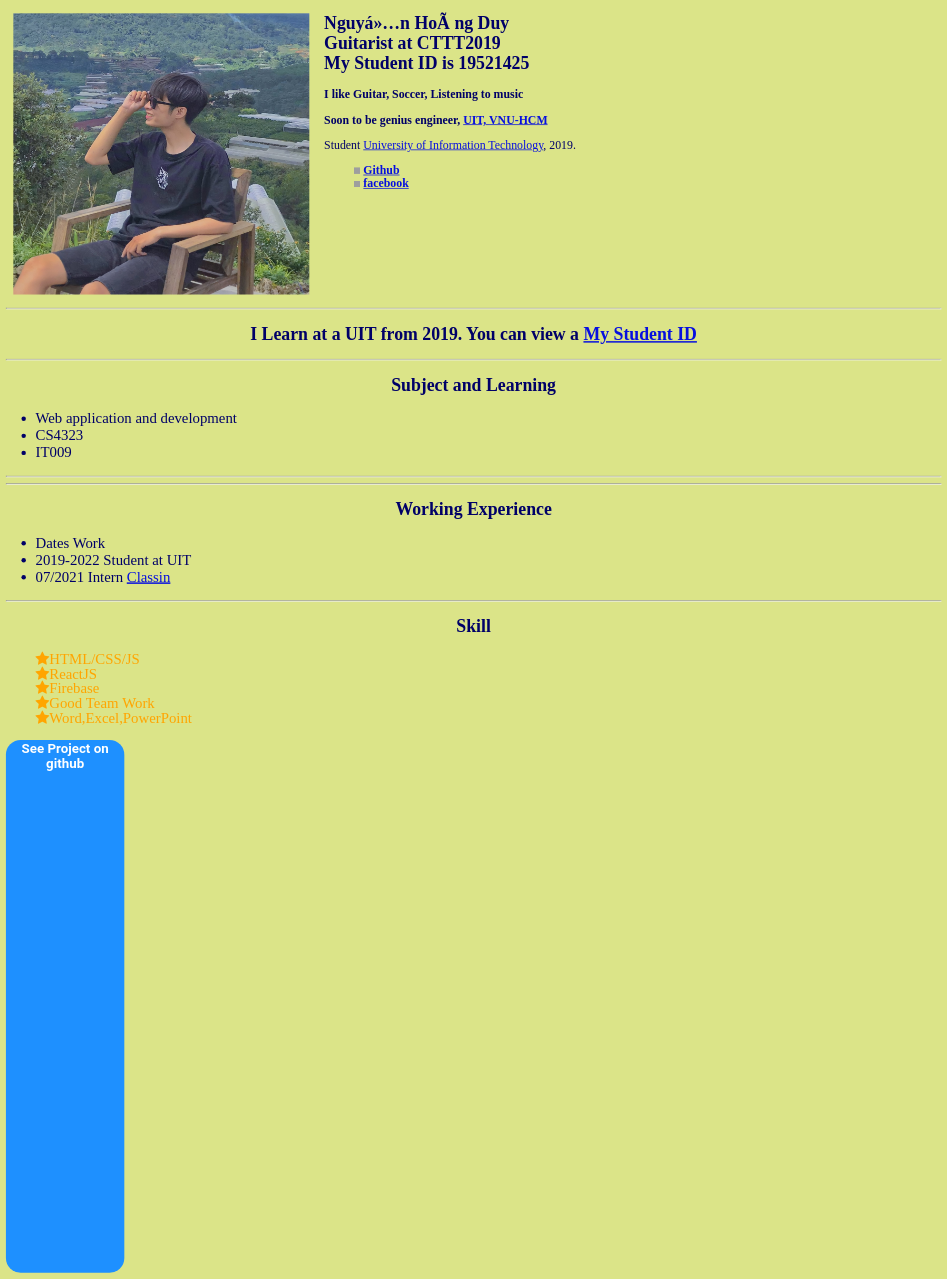
Repository: HoangDuy315/HW_TVK
Page: cv.html
An editor plug-in stored every save of this project. The page is shown before and after a run of saves, followed by the edit.
The browser window is 1280 px wide. The pictures show the whole page, at 74% of full size.
Pictures or frames that could not be fetched are drawn as grey boxes.

Above is the page before, as saved 2022-09-25 17:02:27.

After the next 2 saves:
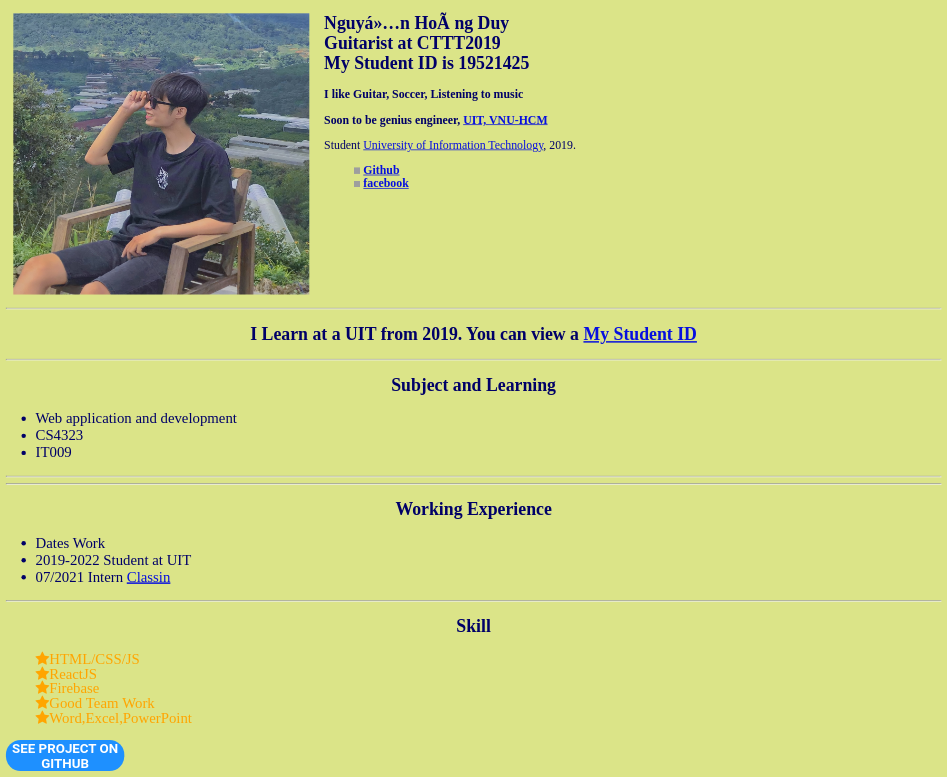
The 2 saves are shown as one change because they came seconds apart.
The last was saved 5 s later.
--- a/cv.css
+++ b/cv.css
@@ -32,7 +32,7 @@ body {
 .but {
     margin: 0;
     padding: 0;
-    height: 100vh;
+    /* height: 100vh; */
     display: flex;
     justify-content: center;
     font-family: "Roboto", sans-serif;
@@ -42,7 +42,7 @@ body {
     width: 160px;
     text-align: center;
     text-decoration: none;
-    /* text-transform: uppercase; */
+    text-transform: uppercase;
     color: #fff;
     border-radius: 20px;
 }
